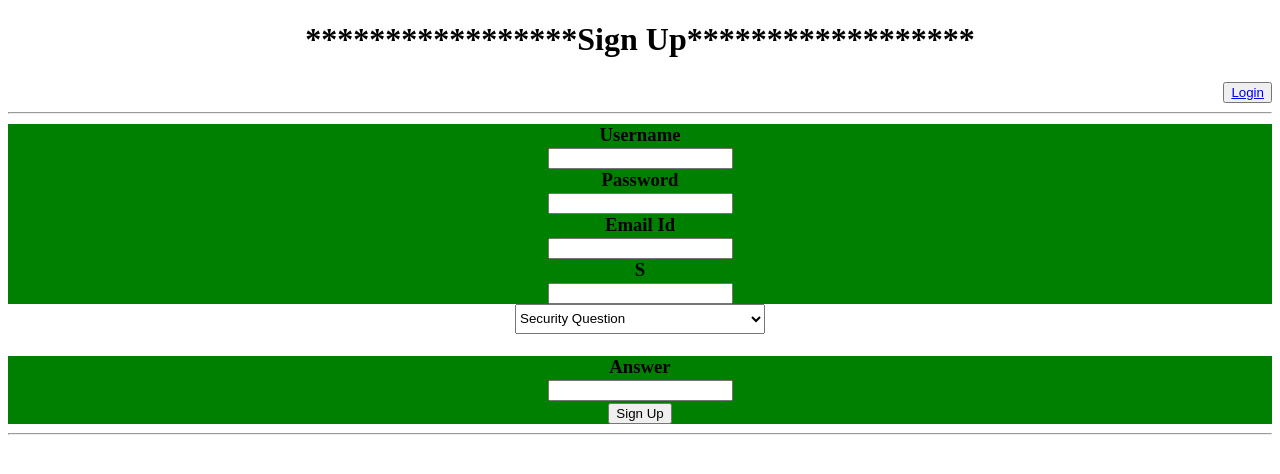
Repository: ShikhaRawat6/mail_simulation
Page: http://localhost/Mail_Simulation/WEB-INF/view/registration.jsp
The author's editor kept a copy of each file at every save. The page is drawn from the files as they stood at one save, then again after the next save.
The browser window is 1280 px wide. The pictures show the whole page.
The page is served by Tomcat 9. Nobody is signed in. Other server files are loaded and not shown. The template is opened directly, without the code that normally fills it, so the values that code supplies are empty.

Above is the page before, as saved 2020-01-30 14:15:39.

### Mail_Simulation/WebContent/WEB-INF/view/registration.jsp
<%@ page language="java" contentType="text/html; charset=ISO-8859-1"
    pageEncoding="ISO-8859-1"%>
    <%@ taglib uri="http://java.sun.com/jsp/jstl/core" prefix="c"%>
<!DOCTYPE html>
<html>
<head>
<meta charset="ISO-8859-1">
<title>Insert title here</title>
</head>
<body>
<h1 align="center">*****************Sign Up******************</h1>
<h1 align="center" ><label  style="background-color: red";>${msg }</label></h1>
<h3 align="right"><button><a href="login">Login</a></button>
<hr>
	<form action="regmail" align="center" method="post">

			<div style="background-color: green";>	<label for="username" >

				Username</label> <br> <input type="text"name="username" id="username" required="required">

			</div>

			<div style="background-color: green";><label for="password">

					Password</label> <br><input type="password" name="password" id="password" required="required">
			</div>

			<div>
			<div style="background-color: green";><label for="name">

				Email Id</label> <br> <input type="email" name="email" id="email" required="required">
			</div>

			<div style="background-color: green";><label for="scrqn">

				S </label> <br> <input type="text" name="scrqn" id="scrqn" required="required">
			</div>

			<select name='scrqn' id='scrqn' required="required" style="width: 250px; height: 30px">
			<option value='' selected disabled>Security Question</option>
			<option value="1">What's your pet name?</option>
			<option value="2">Who's your favourite actor?</option>
			<option value="2">Who's your favourite food?</option>
			</select><br>
			<br>

			<div style="background-color: green";><label for="scrans">

				Answer</label> <br> <input type="text" name="scrans" id="scrans" required="required">
			</div>

			<div style="background-color: green">
				<button  type="submit">Sign Up</button>
			</div>
		</form>
<hr>

</body>
</html>

After the next save:
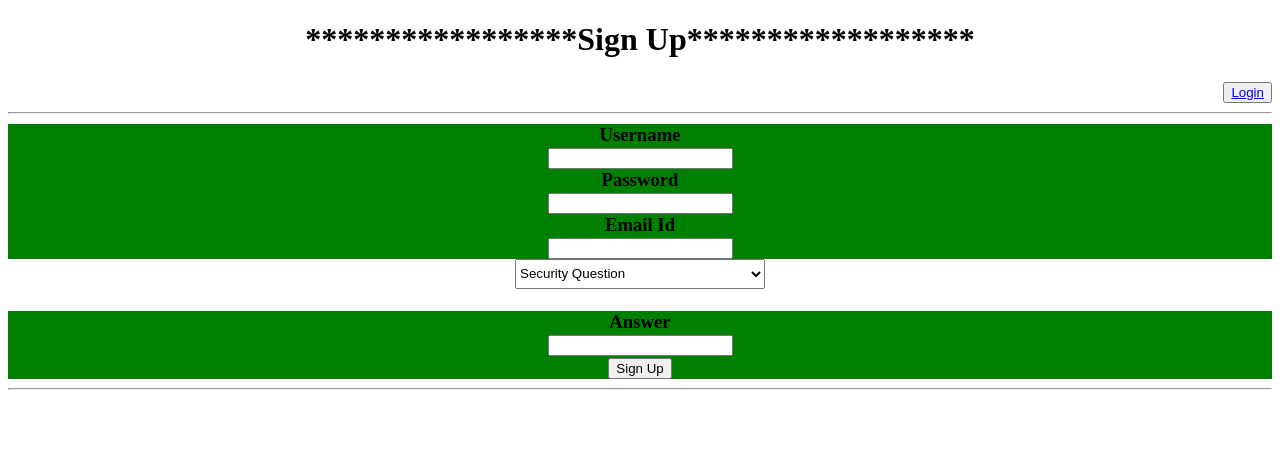
Saved 2 min 29 s later.
--- a/Mail_Simulation/WebContent/WEB-INF/view/registration.jsp
+++ b/Mail_Simulation/WebContent/WEB-INF/view/registration.jsp
@@ -31,13 +31,13 @@
 				Email Id</label> <br> <input type="email" name="email" id="email" required="required">
 			</div>
 
-			<div style="background-color: green";><label for="scrqn">
+			<!-- <div style="background-color: green";><label for="scrqn">
 
-				S </label> <br> <input type="text" name="scrqn" id="scrqn" required="required">
-			</div>
+				 </label> <br> <input type="text" name="scrqn" id="scrqn" required="required">
+			</div> -->
 
 			<select name='scrqn' id='scrqn' required="required" style="width: 250px; height: 30px">
-			<option value='' selected disabled>Security Question</option>
+			<option value='' selected disabled style="background-color: green";>Security Question</option>
 			<option value="1">What's your pet name?</option>
 			<option value="2">Who's your favourite actor?</option>
 			<option value="2">Who's your favourite food?</option>
